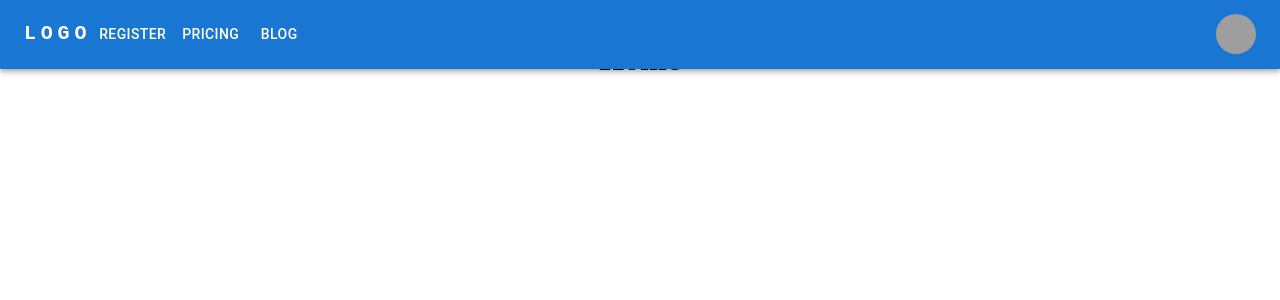
Repository: GabrielLeao02/sistema-react
Page: /
An editor plug-in stored every save of this project. The page is shown before and after the next save, followed by the edit.
The browser window is 1280 px wide. The pictures show the whole page.
Pictures or frames that could not be fetched are drawn as grey boxes. The project was rebuilt for these pictures with package versions that can differ from the ones it lists, and the page was loaded fresh each time. Also part of the build but not shown: src/presenter/form/formUser.tsx, src/presenter/form/formLogin.tsx, src/presenter/register/register.tsx.

Above is the page before, as saved 2023-07-24 15:46:00.

### index.html
<!DOCTYPE html>
<html lang="en">
  <head>
    <meta charset="UTF-8" />
    <link rel="icon" type="image/svg+xml" href="/vite.svg" />
    <meta name="viewport" content="width=device-width, initial-scale=1.0" />
    <title>Vite + React + TS</title>
    <style>
      html, body{
        margin: 0;
        padding: 0;
        box-sizing: border-box;
      }
    </style>
  </head>
  <body>
    <div id="root"></div>
    <script type="module" src="/src/main.tsx"></script>
  </body>
</html>

### src/App.tsx

import { Routes, Route, BrowserRouter } from 'react-router-dom';
import Home from './presenter/home/home';
import Register from './presenter/register/register';
import NavBar from './presenter/navBar/navBar';
import ContainerGlobal from './presenter/containerGlobal/containerGlobal';

function App() {
	return (
		<>
			<NavBar />
			<ContainerGlobal>
				<BrowserRouter>
					<Routes>
						<Route path='/' element={<Home />} />
						<Route path='/home' element={<Home />} />
						<Route path='/register' element={<Register />} />
					</Routes>
				</BrowserRouter>
			</ContainerGlobal>
		</>
	);
}

export default App;

### src/presenter/home/home.tsx
import NavBar from "../navBar/navBar";


function Home() {
	return (
		<div>
			<h1>Home</h1>
		</div>
	);
}

export default Home;

### src/presenter/navBar/navBar.tsx
import * as React from 'react';
import AppBar from '@mui/material/AppBar';
import Box from '@mui/material/Box';
import Toolbar from '@mui/material/Toolbar';
import IconButton from '@mui/material/IconButton';
import Typography from '@mui/material/Typography';
import Menu from '@mui/material/Menu';
import MenuIcon from '@mui/icons-material/Menu';
import Container from '@mui/material/Container';
import Avatar from '@mui/material/Avatar';
import Button from '@mui/material/Button';
import Tooltip from '@mui/material/Tooltip';
import MenuItem from '@mui/material/MenuItem';
import { styled } from "styled-components";

const NavBarStyled = styled.div`
  box-sizing: border-box;
  position: absolute;
  top: 0;
  width: 100%;
  display: flex;
  border: non;
  justify-content: space-between;
  align-items: center;
`;

const pages = ['register', 'Pricing', 'Blog'];
const settings = ['Profile', 'Account', 'Dashboard', 'Logout'];

const NavBar: React.VFC = () => {
    const [anchorElNav, setAnchorElNav] = React.useState<null | HTMLElement>(null);
    const [anchorElUser, setAnchorElUser] = React.useState<null | HTMLElement>(null);

    const handleOpenNavMenu = (event: React.MouseEvent<HTMLElement>) => {
        setAnchorElNav(event.currentTarget);
    };
    const handleOpenUserMenu = (event: React.MouseEvent<HTMLElement>) => {
        setAnchorElUser(event.currentTarget);
    };

    const handleCloseNavMenu = (event: string) => {
        window.location.href = "/" + event;
    };

    const handleCloseUserMenu = () => {
        setAnchorElUser(null);
    };

    return (
        <NavBarStyled>
            <AppBar position="static">
                <Container maxWidth="xl">
                    <Toolbar disableGutters>
                        <Typography
                            variant="h6"
                            noWrap
                            component="a"
                            href="/home"
                            sx={{
                                fontFamily: 'monospace',
                                fontWeight: 700,
                                letterSpacing: '.3rem',
                                color: 'inherit',
                                textDecoration: 'none',
                            }}
                        >
                            LOGO
                        </Typography>

                        <Box sx={{ flexGrow: 1, display: { xs: 'flex', md: 'none' } }}>
                            <IconButton
                                size="large"
                                aria-label="account of current user"
                                aria-controls="menu-appbar"
                                aria-haspopup="true"
                                onClick={handleOpenNavMenu}
                                color="inherit"
                            >
                                <MenuIcon />
                            </IconButton>
                            <Menu
                                id="menu-appbar"
                                anchorEl={anchorElNav}
                                anchorOrigin={{
                                    vertical: 'bottom',
                                    horizontal: 'left',
                                }}
                                keepMounted
                                transformOrigin={{
                                    vertical: 'top',
                                    horizontal: 'left',
                                }}
                                open={Boolean(anchorElNav)}
                                onClose={handleCloseNavMenu}
                                sx={{
                                    display: { xs: 'block', md: 'none' },
                                }}
                            >
                                {pages.map((page) => (
                                    <MenuItem key={page} onClick={() => handleCloseNavMenu(page)}>
                                        <Typography textAlign="center">{page}</Typography>
                                    </MenuItem>
                                ))}
                            </Menu>
                        </Box>

                        <Box sx={{ flexGrow: 1, display: { xs: 'none', md: 'flex' } }}>
                            {pages.map((page) => (
                                <Button
                                    key={page}
                                    onClick={() => handleCloseNavMenu(page)}
                                    sx={{ my: 2, color: 'white', display: 'block' }}
                                >
                                    {page}
                                </Button>
                            ))}
                        </Box>

                        <Box sx={{ flexGrow: 0 }}>
                            <Tooltip title="Open settings">
                                <IconButton onClick={handleOpenUserMenu} sx={{ p: 0 }}>
                                    <Avatar alt="Remy Sharp" src="/static/images/avatar/2.jpg" />
                                </IconButton>
                            </Tooltip>
                            <Menu
                                sx={{ mt: '45px' }}
                                id="menu-appbar"
                                anchorEl={anchorElUser}
                                anchorOrigin={{
                                    vertical: 'top',
                                    horizontal: 'right',
                                }}
                                keepMounted
                                transformOrigin={{
                                    vertical: 'top',
                                    horizontal: 'right',
                                }}
                                open={Boolean(anchorElUser)}
                                onClose={handleCloseUserMenu}
                            >
                                {settings.map((setting) => (
                                    <MenuItem key={setting} onClick={handleCloseUserMenu}>
                                        <Typography textAlign="center">{setting}</Typography>
                                    </MenuItem>
                                ))}
                            </Menu>
                        </Box>
                    </Toolbar>
                </Container>
            </AppBar>
        </NavBarStyled>
    );
};

export default NavBar;

### src/presenter/containerGlobal/containerGlobal.tsx
import styled from "styled-components";

const ContainerGlobal = styled.div`
    padding: 20px;
    box-sizing: border-box;
    width: 100%;
    display: flex;
    justify-content: center;

`
export default ContainerGlobal

Loaded but not shown: src/main.tsx (common file)

After the next save:
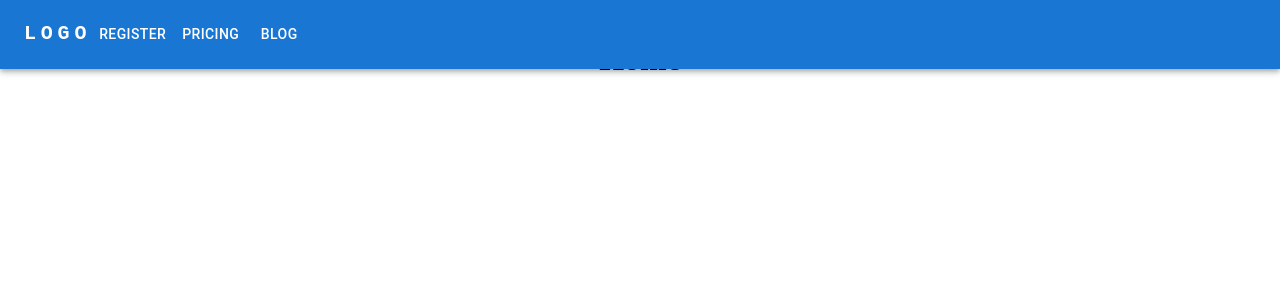
Saved 32 s later.
--- a/src/presenter/navBar/navBar.tsx
+++ b/src/presenter/navBar/navBar.tsx
@@ -116,7 +116,7 @@ const NavBar: React.VFC = () => {
                             ))}
                         </Box>
 
-                        <Box sx={{ flexGrow: 0 }}>
+                        {/* <Box sx={{ flexGrow: 0 }}>
                             <Tooltip title="Open settings">
                                 <IconButton onClick={handleOpenUserMenu} sx={{ p: 0 }}>
                                     <Avatar alt="Remy Sharp" src="/static/images/avatar/2.jpg" />
@@ -144,7 +144,7 @@ const NavBar: React.VFC = () => {
                                     </MenuItem>
                                 ))}
                             </Menu>
-                        </Box>
+                        </Box> */}
                     </Toolbar>
                 </Container>
             </AppBar>
